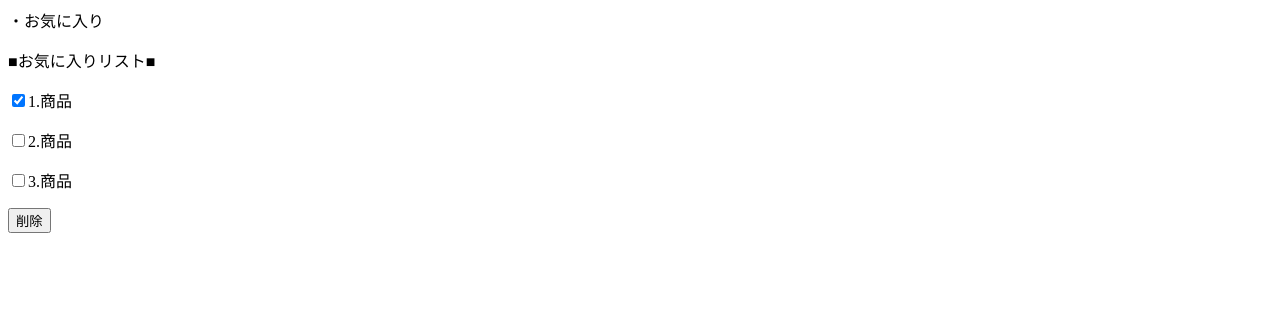
Repository: nathox/backup
Page: http://localhost/Aaaa/Index.jsp
An editor plug-in stored every save of this project. The page is shown before and after the next save, followed by the edit.
The browser window is 1280 px wide. The pictures show the whole page.
The page is served by Tomcat 9.

Above is the page before, as saved 2018-02-02 06:51:56.

After the next save:
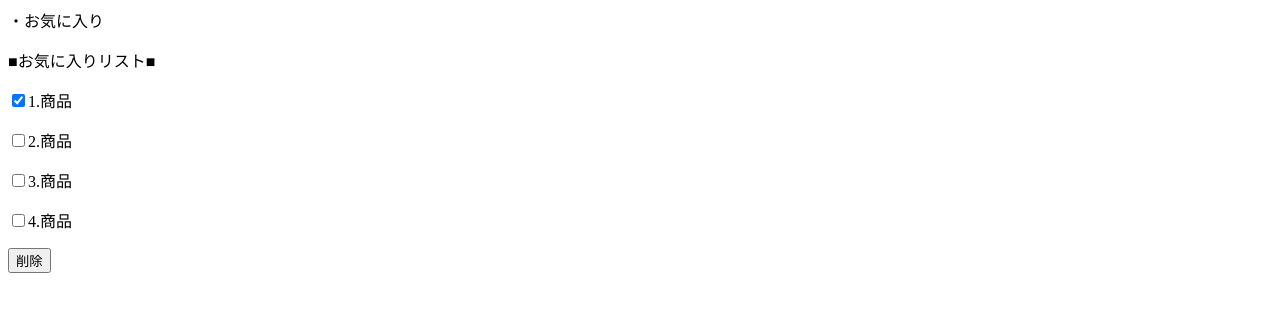
Saved 73 s later.
--- a/Aaaa/WebContent/Index.jsp
+++ b/Aaaa/WebContent/Index.jsp
@@ -24,6 +24,9 @@
 <p>
 <input type="checkbox" name="riyu" value="3">3.商品
 <br>
+<p>
+<input type="checkbox" name="riyu" value="4">4.商品
+<br>
 </p>
 <p>
 <input type="submit" value="削除">
